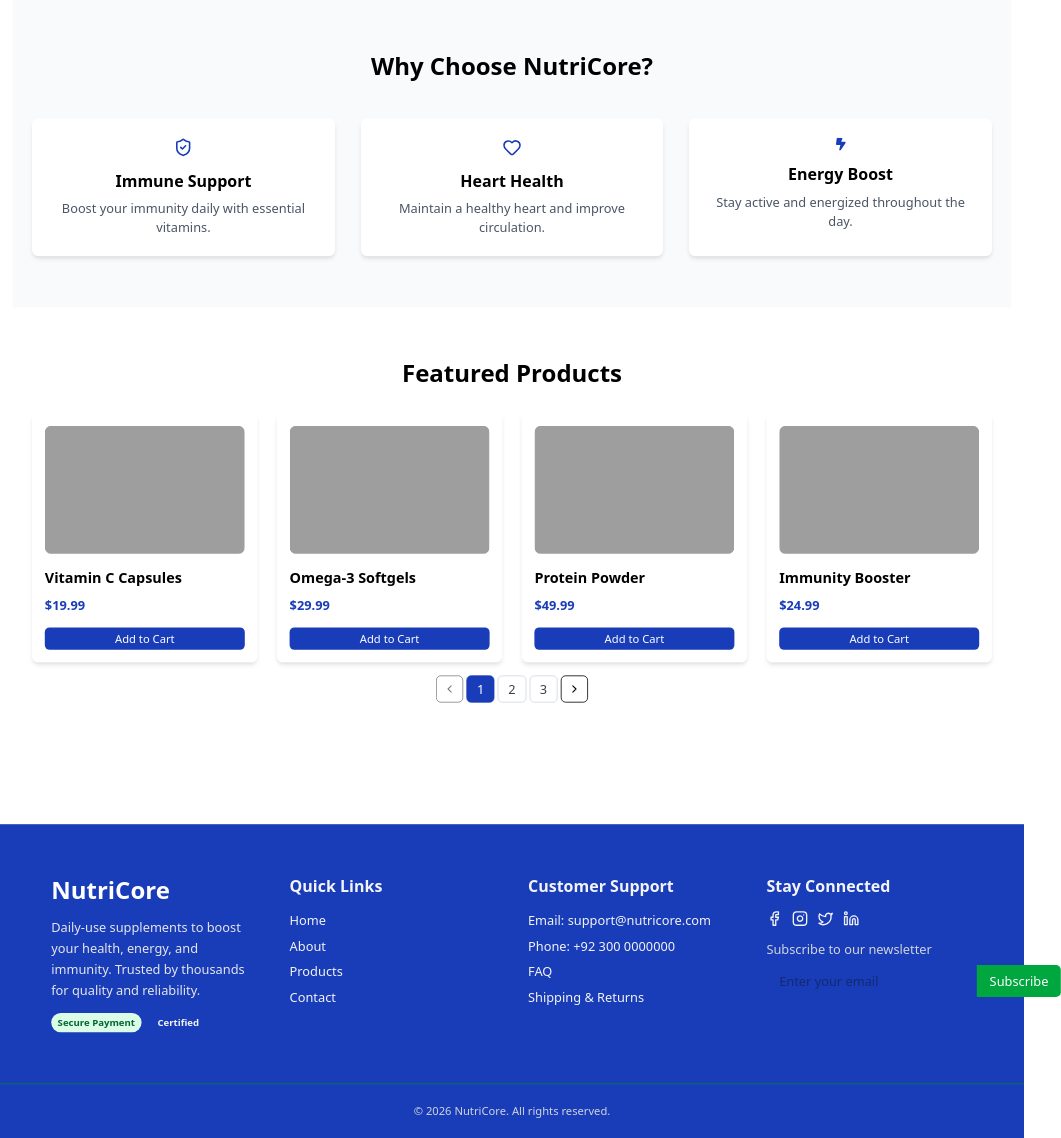
Repository: A-Nawaz512/NutriCore
Page: / (app in frontend/)
An editor plug-in stored every save of this project. The page is shown before and after the next save, followed by the edit.
The browser window is 1280 px wide. The page is 1326 px wide, so the pictures cover 1326 px, including what lies to the right of the window. The pictures show the part of the page from y = 664 to 2087 px (the page is 2087 px tall), at 80% of full size.
Pictures or frames that could not be fetched are drawn as grey boxes. The project was rebuilt for these pictures with package versions that can differ from the ones it lists, and the page was loaded fresh each time. Also part of the build but not shown: frontend/vite.config.ts.

Above is the page before, as saved 2026-02-17 19:19:11.

After the next save:
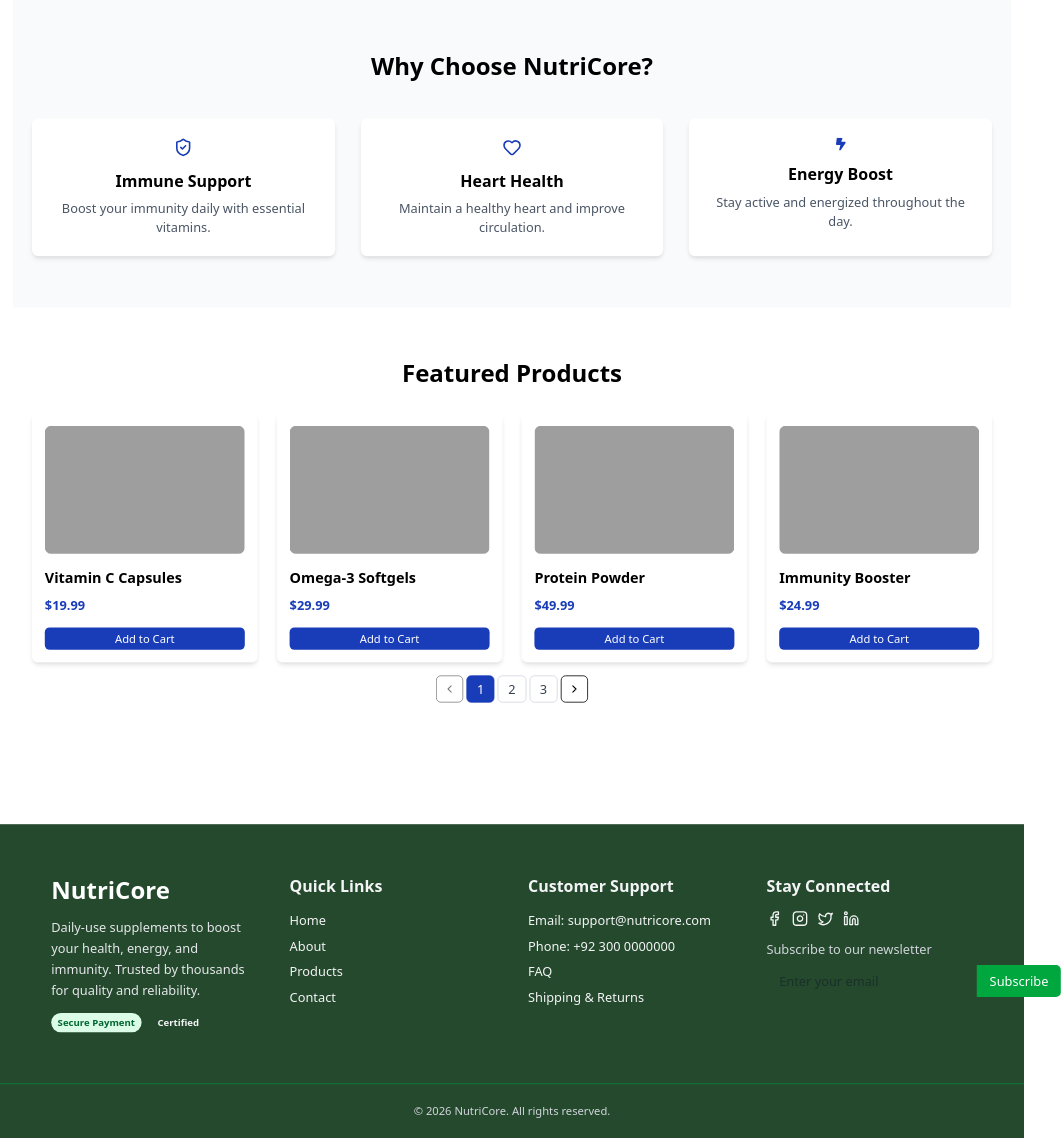
Saved 24 s later.
--- a/frontend/src/shared/components/layout/Footer.tsx
+++ b/frontend/src/shared/components/layout/Footer.tsx
@@ -5,7 +5,7 @@ import { Facebook, Instagram, Twitter, Linkedin } from "lucide-react"
 
 const Footer: FC = () => {
   return (
-    <footer className="bg-blue-800 text-gray-100 mt-16">
+    <footer className="bg-[#25492D] text-gray-100 mt-16">
       <div className="container mx-auto py-16 px-8 md:px-16 grid md:grid-cols-4 gap-10">
         {/* Branding */}
         <div className="space-y-4">
